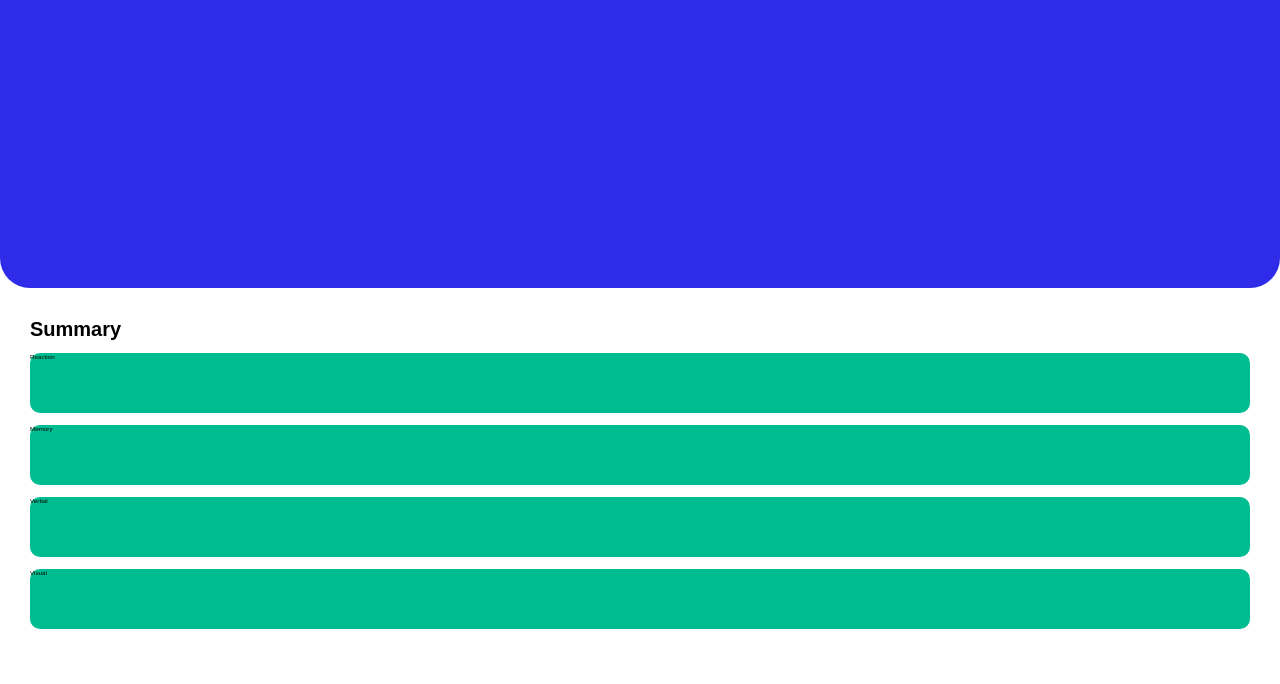
Repository: limaneto/frontend-mentor-results-summary
Page: index.html
The author's editor kept a copy of each file at every save. The page is drawn from the files as they stood at one save, then again after the next save.
The browser window is 1280 px wide. The pictures show the whole page.

Above is the page before, as saved 2023-11-06 01:27:45.

After the next save:
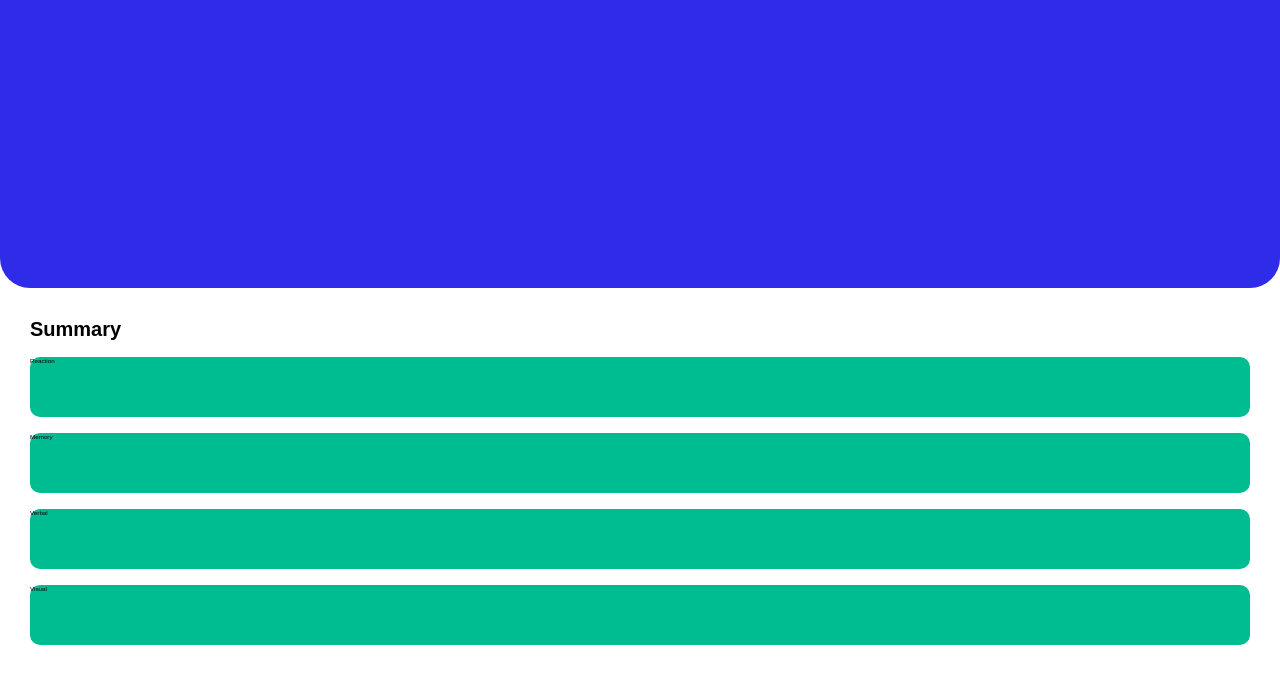
Saved 7 s later.
--- a/style.css
+++ b/style.css
@@ -60,5 +60,5 @@ summary > ul > li {
   height: 60px;
   border-radius: 10px;
   background-color: #00bd91;
-  margin: 12px 0;
+  margin: 16px 0;
 }
